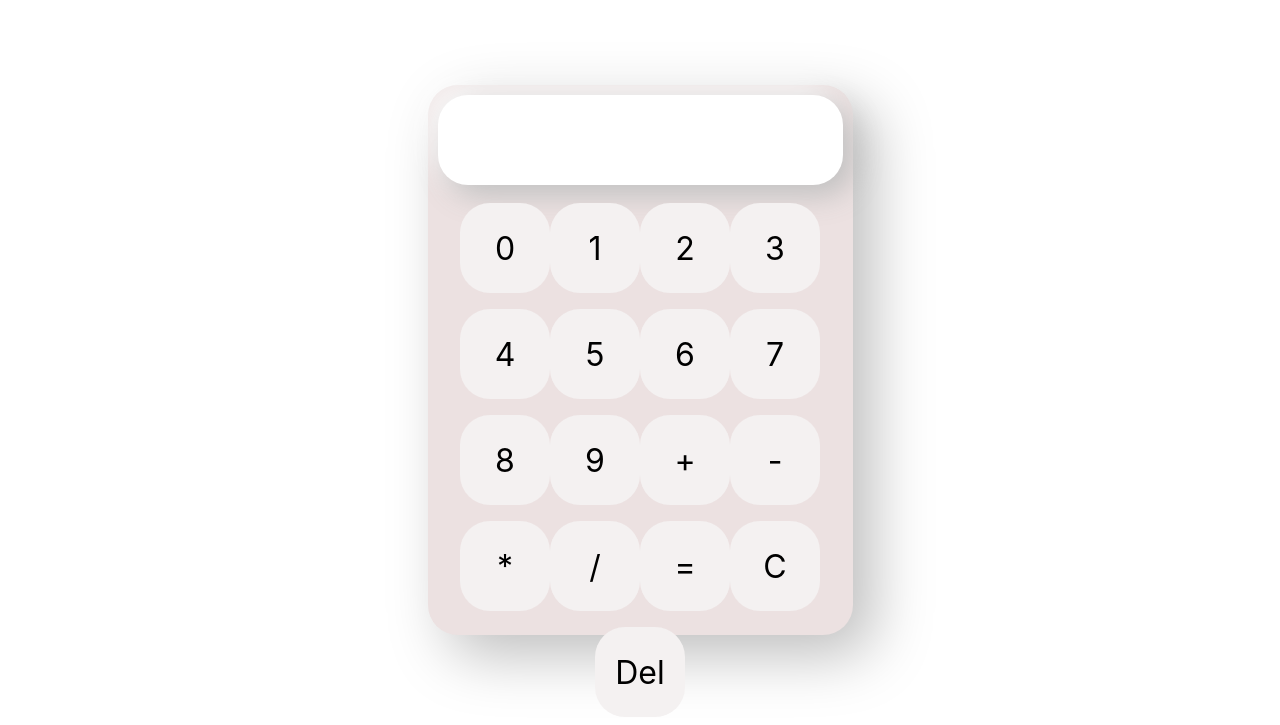
Repository: janidulnkg1/react-prac
Page: / (app in calculator/)
The author's editor kept a copy of each file at every save. The page is drawn from the files as they stood at one save, then again after the next save.
The browser window is 1280 px wide. The pictures show the whole page.
The project was rebuilt for these pictures with package versions that can differ from the ones it lists, and the page was loaded fresh each time. Also part of the build but not shown: calculator/src/App.css.

Above is the page before, as saved 2023-09-15 11:04:24.

### calculator/src/App.js
import logo from './logo.svg';
import './App.css';
import Home from './components/Home';

function App() {
  return (
    <>
    <Home/>
    </>
  );
}

export default App;

### calculator/src/components/Home.js
import React from 'react'
import classes from "./Home.module.css"
import Button from './Button'


function Home() {

const buttons = ["0","1","2","3","4","5","6","7","8","9","+","-","*","/","=","C","Del"]






  return (
    <div className={classes.home}>
      <div className={classes.inner}>
        <div className={classes.result}>
          <div className={classes.resbox}>
            </div>
        </div>
      <div className={classes.btns}>
        {buttons.map((ele,index)=> {return <Button value={ele} key={index}/>})}
      </div>
      </div>
    </div>
  )
}

export default Home

### calculator/src/components/Home.module.css
*{
    padding: 0;
     margin: 0;
     box-sizing: border-box;
}

.home{
    height: 100vh;
    width: 100vw;
    display: flex;
    justify-content: center;
    align-items: center;
}

.inner{
    height: 550px;
    width: 425px;
    border-radius: 30px;
    background-color: #ece1e1;
    box-shadow: 20px 20px 60px #bebebe,
     -20px -20px 60px #ffffff;
}

.result{
    font-size: 2rem;
    width: 405px;
    height: 90px;
    scrollbar-width: none;
    margin: auto;
    margin-top: 10px;
    margin-bottom: 10px;
    border-radius: 30px;
    background: white;
    box-shadow: 10px 10px 30px #bebebe,
    -10px -10px 30px #ffffff;
}

.resbox{
    width: 390px;
    height: min-content;
    overflow-y: auto;
    padding-left: 10px;
    padding-right: 10px;
    text-align: right;
}

.btns{
    height: 530px;
    width: 425px;
    display: flex;
    flex-flow: row wrap;
    justify-content: center;
    align-items:center;
    border-radius:30px;
}

### calculator/src/components/Button.js
import React from 'react'
import classes from "./Button.module.css"

function Button({value}) {
  return (
    <div className={classes.calcBtns}>
        {value}
    </div>
  )
}

export default Button

### calculator/src/components/Button.module.css
.calcBtns{
    height: 90px;
    width: 90px;
    font-size: 2rem;
    display: flex;
    justify-content: center;
    align-items:center;
    border-radius:30px;
    background-color: #f4f1f1;
    user-select: none;
}

Loaded but not shown: calculator/public/index.html (common file); calculator/src/index.js (common file); calculator/src/index.css (common file); calculator/src/reportWebVitals.js (common file)

After the next save:
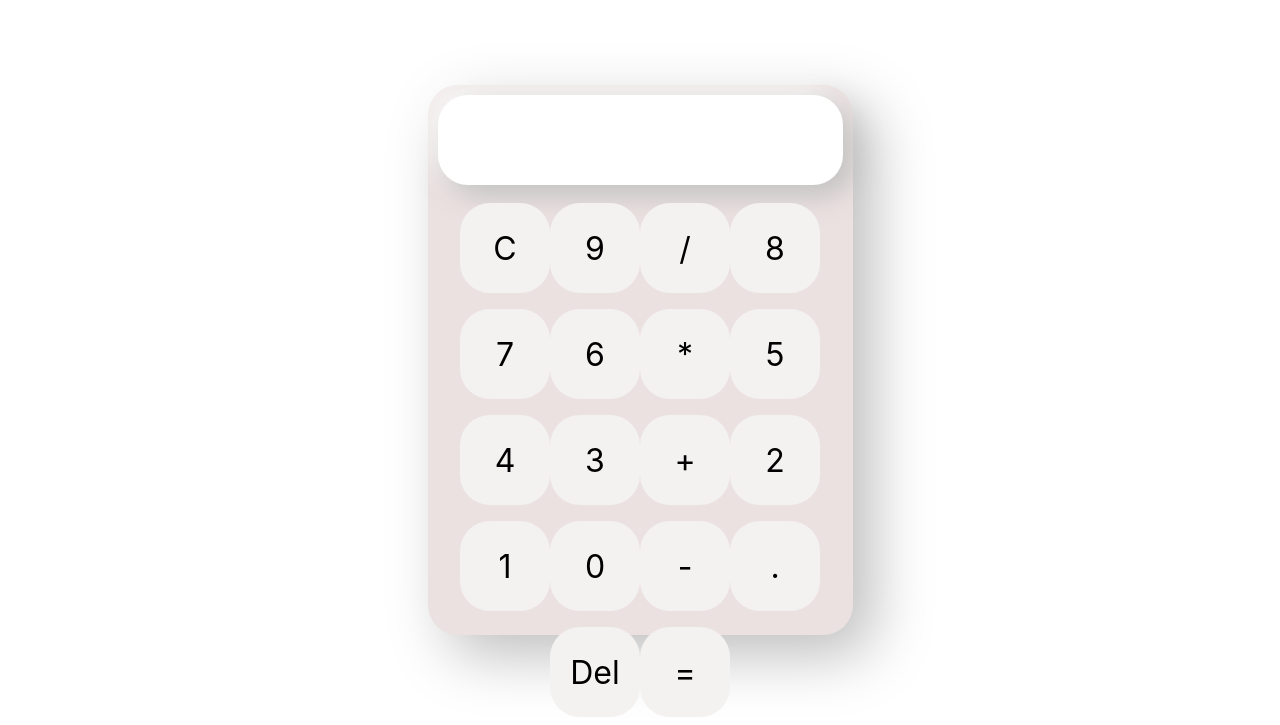
Saved 113 s later.
--- a/calculator/src/components/Home.js
+++ b/calculator/src/components/Home.js
@@ -5,7 +5,7 @@ import Button from './Button'
 
 function Home() {
 
-const buttons = ["0","1","2","3","4","5","6","7","8","9","+","-","*","/","=","C","Del"]
+const buttons = ["C","9","/","8","7","6","*","5","4","3","+","2","1","0","-",".","Del","="]
 
 
 
